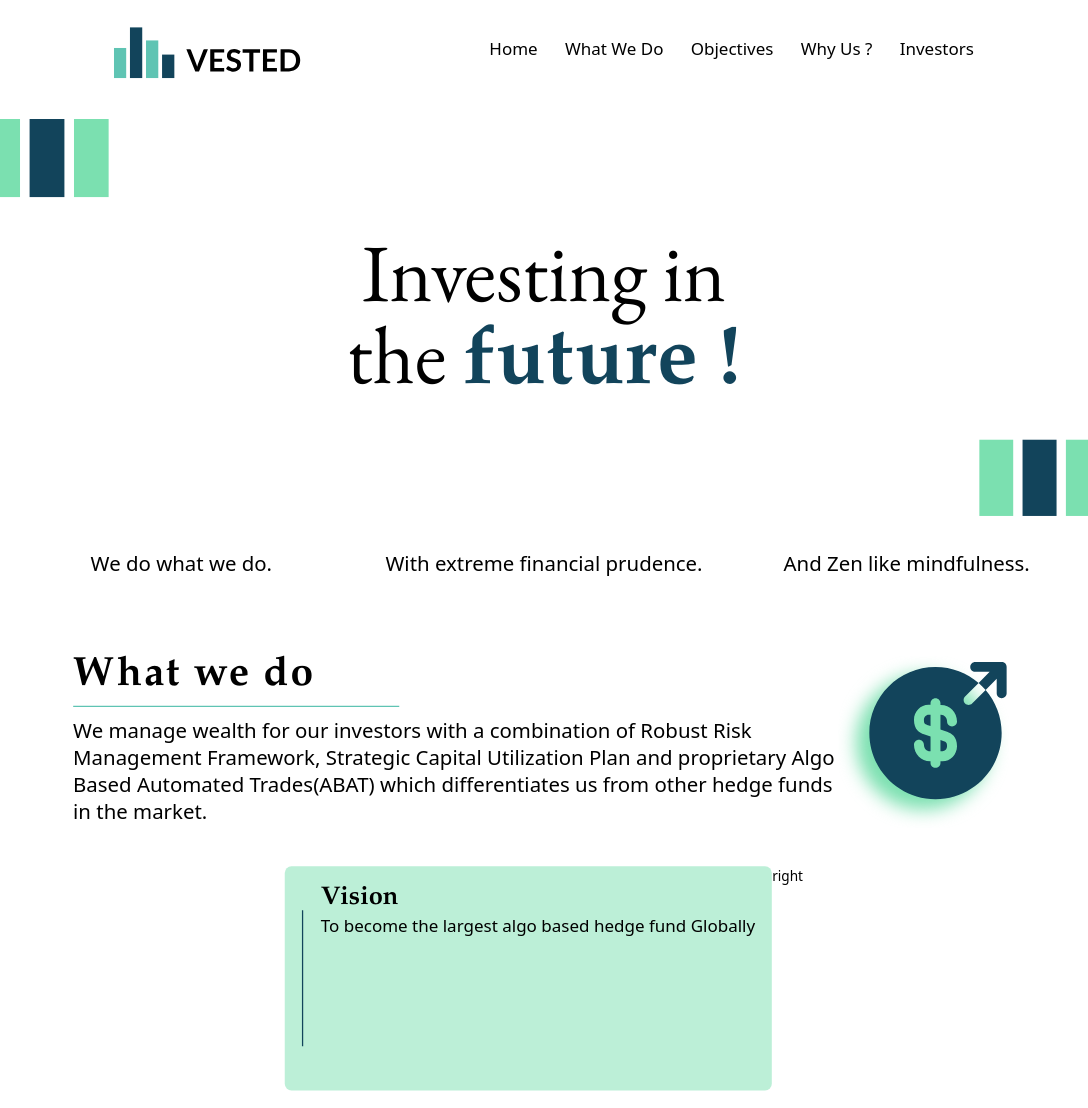
Repository: husainmamuwala/TippingPointsFinancial
Page: /
These files come from the project's save history. The page is drawn as it stood at one moment and after the next save; the edit follows.
The browser window is 1280 px wide. The pictures show the whole page, at 85% of full size.
The project was rebuilt for these pictures with package versions that can differ from the ones it lists, and the page was loaded fresh each time. The framework's server and built-in components were replaced by stand-ins that run in the browser. Also part of the build but not shown: next.config.js.

Above is the page before, as saved 2022-10-15 18:53:05.

### pages/_document.js
import Document, { Html, Head, Main, NextScript } from "next/document";

function MyDocument() {
  return (
    <Html>
      <Head>
      <link rel="preconnect" href="https://fonts.googleapis.com"/>
<link rel="preconnect" href="https://fonts.gstatic.com" crossorigin/>
<link href="https://fonts.googleapis.com/css2?family=EB+Garamond:ital,wght@0,400;0,600;1,500&display=swap" rel="stylesheet"></link>
      </Head>
      <body>
        <Main />
        <NextScript />
      </body>
    </Html>
  );
}

export default MyDocument;

### pages/index.js
import React from "react"
import Hero from "../components/Hero"
import Nav from "../components/Nav"
import Objectives from "../components/Objectives"
import Whatwedo from "../components/Whatwedo"


export default function Home() {
  return (

    <div className="h-screen">
      <Nav/>
      <section id="home">
        <Hero/>
      </section>
      <section id="whatwedo">
        <Whatwedo/>
      </section>
      <section id="objectives">
        <Objectives/>
      </section>
    </div>

  )
}

### styles/globals.css
@tailwind base;
@tailwind components;
@tailwind utilities;

@layer base{
    @font-face{
        font-family: "Garamond";
        src: url('/fonts/Garamond.woff2') format('woff2');
        font-family: 'Montserrat', sans-serif

    }

}

### components/Hero.jsx
import React from 'react'

const Hero = () => {
  return (
    <div className='flex flex-col py-6'>
      <div className='grid grid-flow-row'>
        <div className='justify-self-start self-start w-20 md:w-32 '>
          <svg className="" width="auto" height="auto" viewBox="0 0 125 90" fill="none" xmlns="http://www.w3.org/2000/svg">
            <rect x="-17" width="40" height="90" fill="#7BE0B0" />
            <rect x="34" width="40" height="90" fill="#12445B" />
            <rect x="85" width="40" height="90" fill="#7BE0B0" />
          </svg>
        </div>
        <div className='justify-self-center w-full py-5 md:py-10'>
          <span className=' text-6xl text-center lg:text-8xl font-garamond pt-5 pb-5'>
            <span className="block">Investing in</span>
            <span className="block">the <span className='text-[#12445B] font-semibold'>future !</span></span>
          </span>
        </div>
        <div className='justify-self-end self-end w-20 md:w-32'>
          <svg className='' width="auto" height="au" viewBox="0 0 128 90" fill="none" xmlns="http://www.w3.org/2000/svg">
            <rect width="40" height="90" fill="#7BE0B0" />
            <rect x="51" width="40" height="90" fill="#12445B" />
            <rect x="102" width="40" height="90" fill="#7BE0B0" />
          </svg>
        </div>
      </div>
      <div className='grid grid-row-3 md:grid-cols-3 justify-evenly text-center
        text-xl font-Montserrat md:text-2xl md:py-10'>
        <div>
          <span>We do what we do.</span>
        </div>
        <div>
          <span>With extreme financial prudence.</span>
        </div>
        <div>
          <span>And Zen like mindfulness.</span>
        </div>
      </div>
    </div>
  )
}

export default Hero

### components/Nav.jsx
import Link from 'next/link';
import React, { useState } from 'react'
import { FiMenu } from 'react-icons/fi';
import {AiOutlineClose} from 'react-icons/ai'

const Nav = () => {
    const Links=[
        {name:"Home",link:"/"},
        {name:"What We Do",link:"#whatwedo"},
        {name:"Objectives",link:"#objectives"},
        {name:"Why Us ?",link:"#whyus"},
        {name:"Investors",link:"/investors"},
    ];
    const [open,setOpen] = useState(false);
  return (
    <div className='w-full relative top-0 font-Montserrat font-[400] bg-white'>
        <div className='sticky lg:flex py-4 lg:px-10 items-center lg:justify-around'>
            <div className='mt-2 scale-75 md:scale-100'>
                <svg width="221" height="60" viewBox="0 0 221 60" fill="none" xmlns="http://www.w3.org/2000/svg">
                <path d="M110.63 25.972L100.118 52H95.7437L85.2317 25.972H89.1197C89.5397 25.972 89.8817 26.074 90.1457 26.278C90.4097 26.482 90.6077 26.746 90.7397 27.07L96.8777 42.946C97.0817 43.462 97.2737 44.032 97.4537 44.656C97.6457 45.268 97.8257 45.91 97.9937 46.582C98.1377 45.91 98.2937 45.268 98.4617 44.656C98.6297 44.032 98.8157 43.462 99.0197 42.946L105.122 27.07C105.218 26.794 105.404 26.542 105.68 26.314C105.968 26.086 106.316 25.972 106.724 25.972H110.63ZM118.184 29.824V37.042H127.292V40.768H118.184V48.13H129.74V52H113.324V25.972H129.74V29.824H118.184ZM147.891 30.706C147.747 30.958 147.591 31.144 147.423 31.264C147.267 31.372 147.069 31.426 146.829 31.426C146.577 31.426 146.301 31.336 146.001 31.156C145.713 30.964 145.365 30.754 144.957 30.526C144.549 30.298 144.069 30.094 143.517 29.914C142.977 29.722 142.335 29.626 141.591 29.626C140.919 29.626 140.331 29.71 139.827 29.878C139.323 30.034 138.897 30.256 138.549 30.544C138.213 30.832 137.961 31.18 137.793 31.588C137.625 31.984 137.541 32.422 137.541 32.902C137.541 33.514 137.709 34.024 138.045 34.432C138.393 34.84 138.849 35.188 139.413 35.476C139.977 35.764 140.619 36.022 141.339 36.25C142.059 36.478 142.797 36.724 143.553 36.988C144.309 37.24 145.047 37.54 145.767 37.888C146.487 38.224 147.129 38.656 147.693 39.184C148.257 39.7 148.707 40.336 149.043 41.092C149.391 41.848 149.565 42.766 149.565 43.846C149.565 45.022 149.361 46.126 148.953 47.158C148.557 48.178 147.969 49.072 147.189 49.84C146.421 50.596 145.479 51.196 144.363 51.64C143.247 52.072 141.969 52.288 140.529 52.288C139.701 52.288 138.885 52.204 138.081 52.036C137.277 51.88 136.503 51.652 135.759 51.352C135.027 51.052 134.337 50.692 133.689 50.272C133.041 49.852 132.465 49.384 131.961 48.868L133.383 46.546C133.503 46.378 133.659 46.24 133.851 46.132C134.043 46.012 134.247 45.952 134.463 45.952C134.763 45.952 135.087 46.078 135.435 46.33C135.783 46.57 136.197 46.84 136.677 47.14C137.157 47.44 137.715 47.716 138.351 47.968C138.999 48.208 139.773 48.328 140.673 48.328C142.053 48.328 143.121 48.004 143.877 47.356C144.633 46.696 145.011 45.754 145.011 44.53C145.011 43.846 144.837 43.288 144.489 42.856C144.153 42.424 143.703 42.064 143.139 41.776C142.575 41.476 141.933 41.224 141.213 41.02C140.493 40.816 139.761 40.594 139.017 40.354C138.273 40.114 137.541 39.826 136.821 39.49C136.101 39.154 135.459 38.716 134.895 38.176C134.331 37.636 133.875 36.964 133.527 36.16C133.191 35.344 133.023 34.342 133.023 33.154C133.023 32.206 133.209 31.282 133.581 30.382C133.965 29.482 134.517 28.684 135.237 27.988C135.957 27.292 136.845 26.734 137.901 26.314C138.957 25.894 140.169 25.684 141.537 25.684C143.073 25.684 144.489 25.924 145.785 26.404C147.081 26.884 148.185 27.556 149.097 28.42L147.891 30.706ZM171.969 29.95H164.121V52H159.279V29.95H151.431V25.972H171.969V29.95ZM180.235 29.824V37.042H189.343V40.768H180.235V48.13H191.791V52H175.375V25.972H191.791V29.824H180.235ZM219.194 38.986C219.194 40.894 218.876 42.646 218.24 44.242C217.604 45.838 216.71 47.212 215.558 48.364C214.406 49.516 213.02 50.41 211.4 51.046C209.78 51.682 207.98 52 206 52H196.082V25.972H206C207.98 25.972 209.78 26.296 211.4 26.944C213.02 27.58 214.406 28.474 215.558 29.626C216.71 30.766 217.604 32.134 218.24 33.73C218.876 35.326 219.194 37.078 219.194 38.986ZM214.226 38.986C214.226 37.558 214.034 36.28 213.65 35.152C213.278 34.012 212.732 33.052 212.012 32.272C211.304 31.48 210.44 30.874 209.42 30.454C208.412 30.034 207.272 29.824 206 29.824H200.942V48.148H206C207.272 48.148 208.412 47.938 209.42 47.518C210.44 47.098 211.304 46.498 212.012 45.718C212.732 44.926 213.278 43.966 213.65 42.838C214.034 41.698 214.226 40.414 214.226 38.986Z" fill="black"/>
                <rect y="24.4445" width="14.4444" height="35.5556" fill="#5FC4B3"/>
                <rect x="18.8889" width="14.4444" height="60" fill="#12445B"/>
                <rect x="37.7778" y="15.5555" width="14.4444" height="44.4444" fill="#5FC4B3"/>
                <rect x="56.6667" y="32.2222" width="14.4444" height="27.7778" fill="#12445B"/>
                </svg>

            </div>
            <div onClick={()=>setOpen(!open)}
                 className='text-3xl absolute right-8 top-11 pr-8 cursor-pointer lg:hidden'>
                    {!open ? <FiMenu size={40}/> : <AiOutlineClose size={40}/>}
            </div>

            <ul className={`lg:flex lg:flex-row lg:items-center font-Montserrat pb-12 lg:pb-0
            absolute lg:static bg-white lg:z-auto z-[-1] w-full left-0  lg:pl-0 pl-9 lg:w-auto
            transition-all duration-500 ease-in
            ${open ? "flex-col" : "hidden"}`}>
                {
                    Links.map((link)=>(
                        <li onClick={() => setOpen(false)} key={link.link} className="md:ml-8 text-xl my-7 hover:text-[#5FC4B3]
                         relative transition-all hover:top-1">
                            <Link href={link.link}
                            className="font-Monteserrat">
                                {link.name}
                            </Link>
                        </li>
                    ))
                }
            </ul>
        </div>
    </div>
  )
}

export default Nav

### components/Objectives.jsx
import React from 'react'

const Objectives = () => {
  const Data = [
    {title:"Vision",desc:"To become the largest algo based hedge fund Globally"},
  ];
  return (
    <div className='flex flex-col md:flex-row justify-center py-5 px-10 md:px-0'>
        <div className=''>
          <div className='relative w-full bg-[#7BE0B0] bg-opacity-50 rounded-lg p-5 flex flex-row '>
              <div className='pr-5 h-28 lg:h-56'>
                  <svg width="2" height="auto" viewBox="0 0 2 160" fill="none" xmlns="http://www.w3.org/2000/svg">
                  <line x1="1" y1="4.37114e-08" x2="0.999993" y2="160" stroke="#12445B" stroke-width="2"/>
                  </svg>
              </div>
              {
                Data.map((data)=>(
              <div>
                <h1 className='text-3xl font-semibold font-garamond'>{data.title}</h1>
                <p className='font-montserrat text-xl'>{data.desc}</p>
              </div>
                ))}
          </div>

        </div>
          <div>
              right
          </div>

    </div>
  )
}

export default Objectives

### components/Whatwedo.tsx
import React from 'react'


const whatwedo = () => {
    return (
        <div className='py-5 px-10 flex md:flex-row flex-col justify-center'>
            <div className='md:w-3/4'>
                <div>
                    <h4 className='text-3xl md:text-5xl font-garamond font-semibold py-2 tracking-wider'>
                        What we do
                    </h4>

                    <svg className="lg:w-96 lg:h-2" width="auto" height="2" viewBox="0 0 589 2" fill="none" xmlns="http://www.w3.org/2000/svg">
                        <line y1="1" x2="589" y2="1" stroke="#5FC4B3" strokeWidth="2" />
                    </svg>

                    <p className='py-2 text-xl md:text-2xl'>
                        We manage wealth for our investors with a combination of Robust Risk Management Framework,
                        Strategic Capital Utilization Plan and proprietary Algo Based Automated Trades(ABAT)
                        which differentiates us from other hedge funds in the market.
                    </p>
                </div>
            </div>
            <div className='w-52 hidden md:block lg:self-center'>
                <svg width="auto" height="auto" viewBox="0 0 226 223" fill="none" xmlns="http://www.w3.org/2000/svg">
                    <g filter="url(#filter0_f_6_45)">
                        <circle cx="109.027" cy="113.259" r="86.0274" fill="#7BE0B0" />
                    </g>
                    <path d="M109.698 84.8371C109.698 89.4046 110.967 90.0812 113.843 91.0962L118.156 92.6187V78.2396H115.619C112.405 78.2396 109.698 81.2 109.698 84.8371ZM130.844 124.76H133.381C136.68 124.76 139.302 121.8 139.302 118.163C139.302 113.595 138.033 112.919 135.158 111.904L130.844 110.381V124.76Z" fill="#12445B" />
                    <path d="M188.614 46.3517L171.275 63.6913C170.006 64.96 168.399 65.5521 166.792 65.5521C165.185 65.5521 163.578 64.96 162.309 63.6913C161.129 62.4975 160.467 60.8867 160.467 59.2083C160.467 57.53 161.129 55.9192 162.309 54.7254L179.648 37.3858C164.762 24.6983 145.561 16.9167 124.5 16.9167C77.81 16.9167 39.9167 54.81 39.9167 101.5C39.9167 148.19 77.81 186.083 124.5 186.083C171.19 186.083 209.083 148.19 209.083 101.5C209.083 80.4388 201.302 61.2383 188.614 46.3517ZM139.302 99.9775C144.715 101.923 151.99 105.814 151.99 118.248C151.99 128.82 143.616 137.533 133.381 137.533H130.844V139.647C130.844 143.115 127.968 145.991 124.5 145.991C121.032 145.991 118.156 143.115 118.156 139.647V137.533H117.48C106.23 137.533 97.0104 128.059 97.0104 116.387C97.0104 112.834 99.8863 109.958 103.354 109.958C106.822 109.958 109.698 112.834 109.698 116.302C109.698 120.954 113.166 124.76 117.48 124.76H118.156V105.983L109.698 103.023C104.285 101.077 97.0104 97.1863 97.0104 84.7525C97.0104 74.1796 105.384 65.4675 115.619 65.4675H118.156V63.4375C118.156 59.9696 121.032 57.0938 124.5 57.0938C127.968 57.0938 130.844 59.9696 130.844 63.4375V65.5521H131.52C142.77 65.5521 151.99 75.0254 151.99 86.6979C151.99 90.1658 149.114 93.0417 145.646 93.0417C142.178 93.0417 139.302 90.1658 139.302 86.6979C139.302 82.0458 135.834 78.2396 131.52 78.2396H130.844V97.0171L139.302 99.9775ZM214.92 14.4638C214.251 12.9061 213.009 11.6647 211.452 10.9958C210.691 10.7256 209.891 10.5827 209.083 10.5729H175.25C171.782 10.5729 168.906 13.4488 168.906 16.9167C168.906 20.3846 171.782 23.2604 175.25 23.2604H193.774L179.648 37.3858C182.863 40.1771 185.823 43.1375 188.614 46.3517L202.74 32.2263V50.75C202.74 54.2179 205.615 57.0938 209.083 57.0938C212.551 57.0938 215.427 54.2179 215.427 50.75V16.9167C215.427 16.0708 215.258 15.3096 214.92 14.4638Z" fill="#12445B" />
                    <defs>
                        <filter id="filter0_f_6_45" x="0" y="4.2317" width="218.055" height="218.055" filterUnits="userSpaceOnUse" colorInterpolationFilters="sRGB">
                            <feFlood floodOpacity="0" result="BackgroundImageFix" />
                            <feBlend mode="normal" in="SourceGraphic" in2="BackgroundImageFix" result="shape" />
                            <feGaussianBlur stdDeviation="11.5" result="effect1_foregroundBlur_6_45" />
                        </filter>
                    </defs>
                </svg>
            </div>
        </div>
    )
}

export default whatwedo

### tailwind.config.js
/** @type {import('tailwindcss').Config} */
module.exports = {
  content: [
    "./pages/**/*.{js,ts,jsx,tsx}",
    "./components/**/*.{js,ts,jsx,tsx}",
  ],
  theme: {
    extend: {
      fontFamily: {
        garamond:'Garamond'
      }
    },
  },
  plugins: [],
}

Loaded but not shown: pages/_app.js (common file)

After the next save:
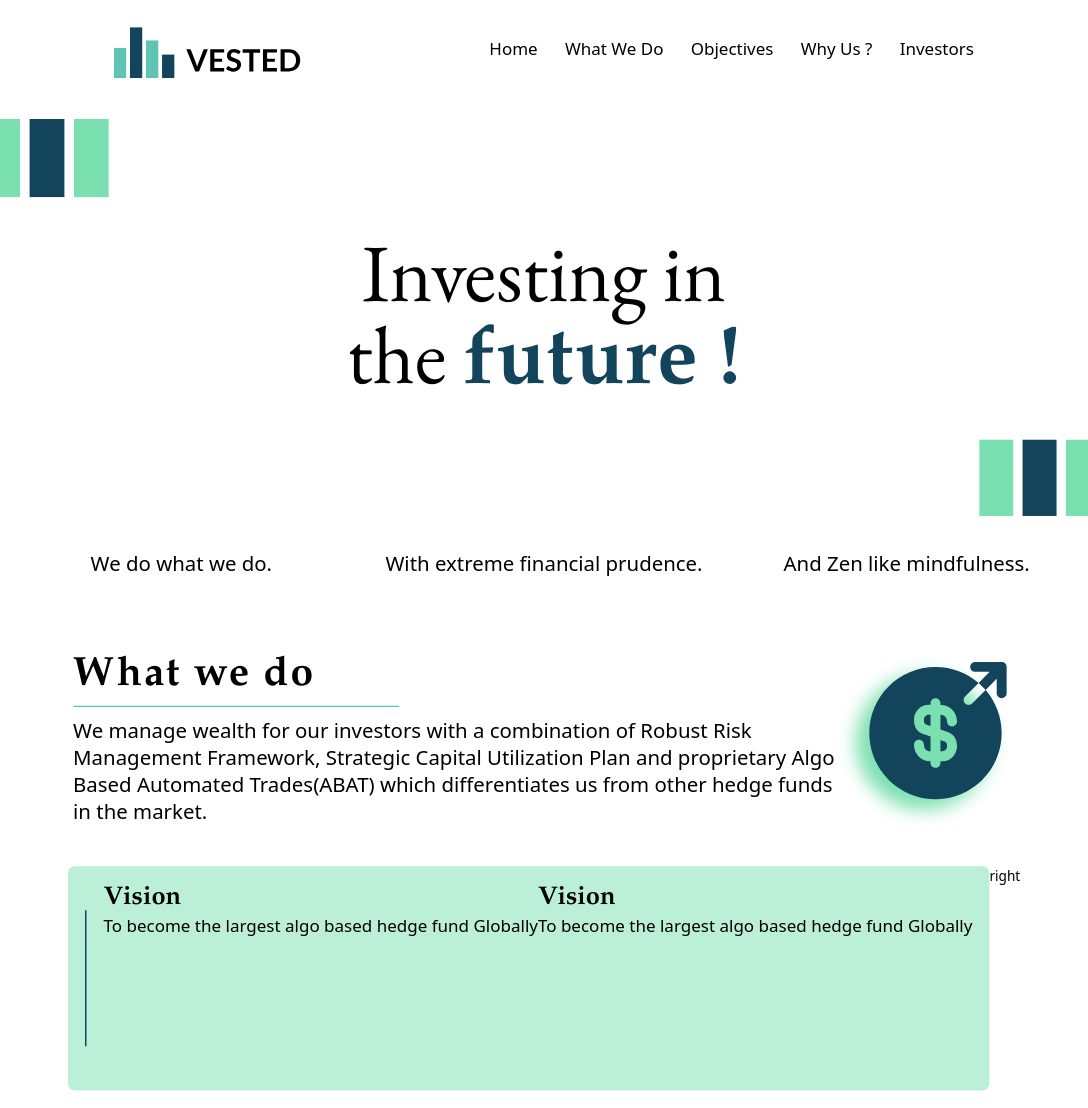
Saved 12 s later.
--- a/components/Objectives.jsx
+++ b/components/Objectives.jsx
@@ -2,6 +2,7 @@
 
 const Objectives = () => {
   const Data = [
+    {title:"Vision",desc:"To become the largest algo based hedge fund Globally"},
     {title:"Vision",desc:"To become the largest algo based hedge fund Globally"},
   ];
   return (
